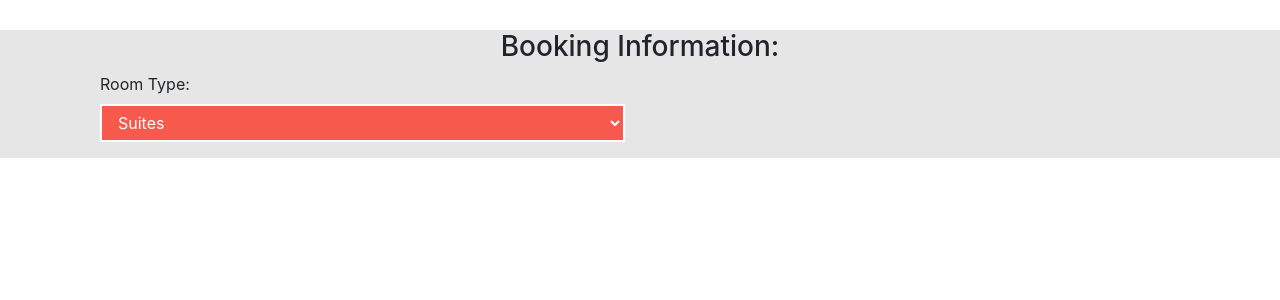
Repository: kapsky5/HotelManagement
Page: booking.html
An editor plug-in stored every save of this project. The page is shown before and after the next save, followed by the edit.
The browser window is 1280 px wide. The pictures show the whole page.

Above is the page before, as saved 2019-11-07 03:33:06.

### booking.html
<!DOCTYPE html>
<html lang="en">
<head>
    <meta charset="UTF-8">
    <meta name="viewport" content="width=device-width, initial-scale=1.0">
    <meta http-equiv="X-UA-Compatible" content="ie=edge">
    <title>RADISSON BLU</title>
    <link rel="stylesheet" href="css/main.css">
    <link rel="stylesheet" href="https://maxcdn.bootstrapcdn.com/bootstrap/4.0.0/css/bootstrap.min.css" integrity="sha384-Gn5384xqQ1aoWXA+058RXPxPg6fy4IWvTNh0E263XmFcJlSAwiGgFAW/dAiS6JXm" crossorigin="anonymous">
</head>
<body>
    <div class="containerz">
        <div class="container">
            <div class="header" style="margin-top: 30px;">
                <div class="text-center">
                    <h3>Booking Information:</h3>
                </div>
            </div>
            <form action="" method="POST">
                <div class="row">
                    <div class="col-md-6">
                        <div class="form-group">
                            <label>Room Type:</label>
                            <select class="form-control" placeholder="Select-Room">
                                <option>Suites</option>
                                <option>Deluxe Rooms</option>
                                <option>King Rooms</option>
                                <option>Single</option>
                            </select>
                        </div>
                    </div>
                </div>
            </form>
        </div>
    </div>
</body>
</html>

### css/main.css
.fixed-top{
    position: absolute !important;
}
.carousel-item{
    height: 100vh;
    min-height: 300px;
    background: no-repeat center center scroll;
    -webkit-baackground-size: cover;
    background-size: cover;
    position: absolute;
}
.carousel-caption {
    top: 40% !important;
}
.carousel-caption h5{
    color: #ffffff;
    text-transform: uppercase;
    font-size: 35px;
    letter-spacing: 2px;
    margin-top:25px;
}
.navbar-light .nav-link{
    text-transform: uppercase;
    color: #ffffff !important;
    font-size: 15px;
    margin-left: 20px;
}
.navbar-light .navbar-brand{
    color: #ffffff !important;
    font-size: 30px;
    letter-spacing: 1px;
}
.nav-link:active, .nav-link:hover {
    color: #F75A4C !important;
}
.carousel-caption .btn {
    margin: 40px 20px;
    padding: 15px 30px;
    border-radius: 40px;
    background: #F75A4C;
    border: none;
    text-transform: uppercase;
    font-size: 18px;
}
.carousel-caption .btn:hover{
    background: #454244;
}
.fac{
    margin: 0 auto;
    font-size: 25px;
    letter-spacing: 1px;
}
.tabx h6{
    font-weight: 600 !important;
}
.nav-item.nav-link{
    color: rgb(192, 192, 192);
}
.nav-item.nav-link.active{
    color: #F75A4C !important;
    background-color: #ffffff !important;
}
#tabs .nav > a{
    border-radius: 0px;
    padding: 40px 1rem;
    border-bottom: 1px solid rgb(192, 192, 192);
}
#tabs .nav > a.active{
    border-bottom: 1px solid #F75A4C;
}
.containerx{
    padding: 40px;
}
.containerx p{
    font-size: 18px;
    line-height: 1.8;
    color: #848484;
}
.tabImg{
    max-width: 100%;
    height: 550px;
}
.heading{
    color: #F75A4C;
    text-transform: uppercase;
    margin-bottom: 20px;
}
.sub-heading{
    margin-top: 20px;
    font-size: 16px;
    color: rgb(192, 192, 192);
}
.foot{
    margin-top: 50px;
    background-color: #E6E6E6;
}
.rowinfoot{
    padding: 30px 0px;
}
.foo-head{
    font-size: 20px;
    color: #F75A4C;
    margin: 20px 0;
}
.foo-text{
    font-size: 16px;
    line-height: 1.5;
}
.foo-text li a{
    color: black;
    text-decoration: none;
}
.copyright {
    color: white;
    background: #554f53;
    justify-content: center;
}
.copyright p{
    margin-bottom: 0;
}
.image{
    width: 100%;
    height: 50vh;
}
.containerz{
    background-color: #E6E6E6;
}
.heading1{
    text-transform: uppercase;
    font-size: 24px;
    letter-spacing: 1px;
}
.room-img{
    width: 100%;
    height: 415px;
}
.card{
    border-radius: 0px !important;
}
.card-body{
    padding: 0px !important;
}
.head-room{
    color: #F75A4C;
    font-size: 22px;
    text-transform: uppercase;
    letter-spacing: 1px;
}
.card-body.row.col-md-5, .card-body.row.col-md-7, .card-body.row.col-md-6, .card-body.row.col-md-3{
    padding: 0px !important;
}

.containerz .imgx, .containerz .imgx{
    padding: 0px !important;
}
.dpt, .dpts{
    padding: 40px 50px !important;
}
.dpt p{
    font-size: 18px;
    line-height: 1.8;
    color: #848484;
}
.dpts p{
    font-size: 16px;
    line-height: 1.5;
    color: #848484;
}
.row{
    margin: 0px !important;
}
.card .btn{
    padding: 10px 30px;
    border-radius: 0px;
    background: #F75A4C;
    border: none;
    text-transform: uppercase;
    font-size: 18px;
}
.avail{
    color: white;
    margin-top: 40px !important;
    background-color: #F75A4C;
    padding: auto auto;
}
.form-control{
    background-color: #F75A4C !important;
    color: white !important;
    border-radius: 0 !important;
    border: 2px solid white !important;
}
input[type=date]::-webkit-inner-spin-button {
    -webkit-appearance: none;
    display: none;
}
.result .btn{
    margin: 10px 20px;
    padding: 15px 30px;
    border-radius: 40px;
    background: #F75A4C;
    border: none;
    text-transform: uppercase;
    font-size: 18px;
}

After the next save:
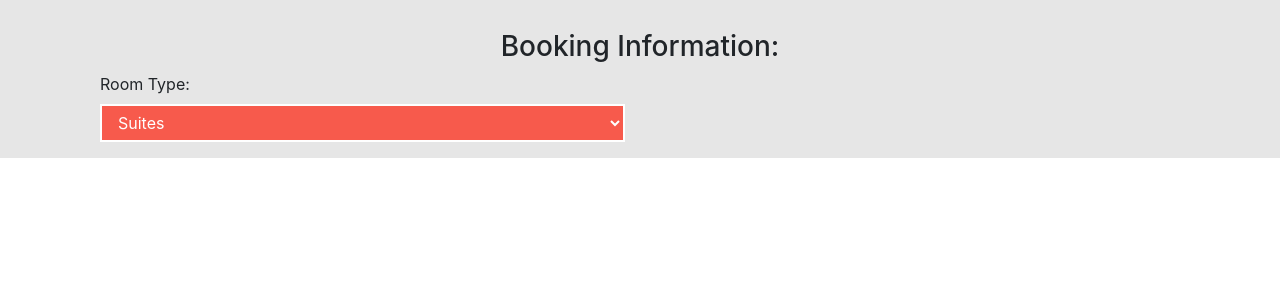
Saved 16 s later.
--- a/booking.html
+++ b/booking.html
@@ -11,7 +11,7 @@
 <body>
     <div class="containerz">
         <div class="container">
-            <div class="header" style="margin-top: 30px;">
+            <div class="header" style="padding-top: 30px;">
                 <div class="text-center">
                     <h3>Booking Information:</h3>
                 </div>
